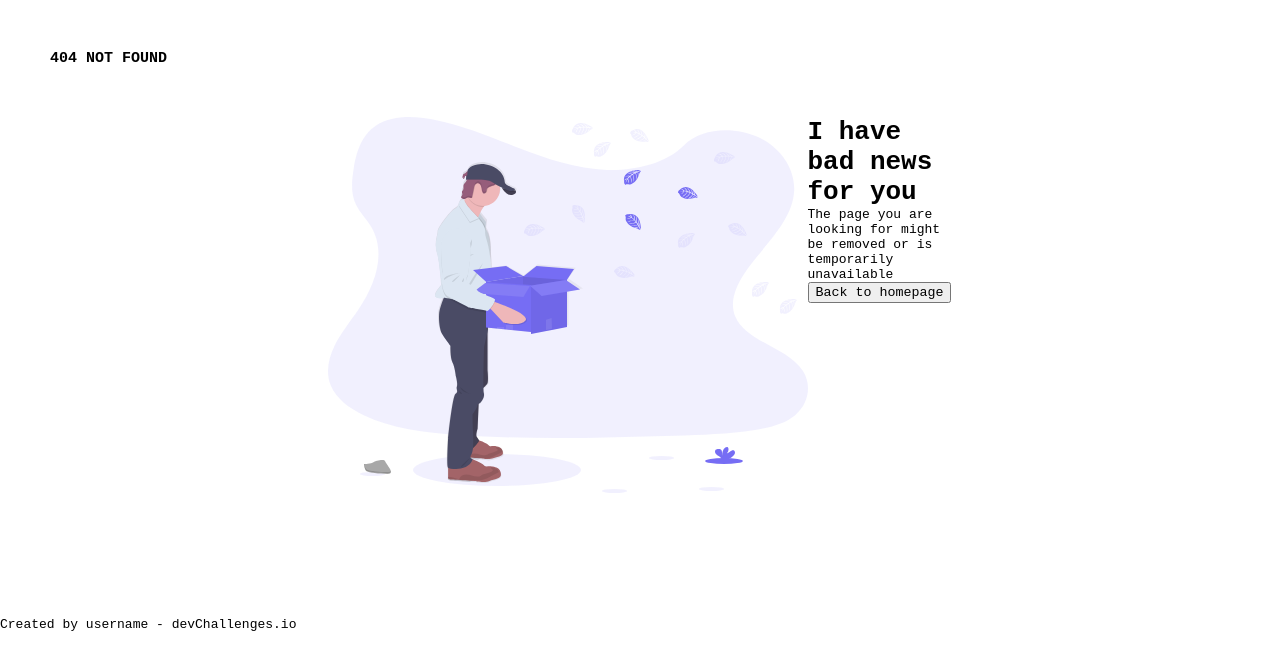
Repository: georgisenze/404-not-found-challeng
Page: index.html
The author's editor kept a copy of each file at every save. The page is drawn from the files as they stood at one save, then again after the next save.
The browser window is 1280 px wide. The pictures show the whole page.

Above is the page before, as saved 2023-02-21 06:39:26.

### index.html
<!DOCTYPE html>
<html lang="en">
<head>
    <meta charset="UTF-8">
    <meta http-equiv="X-UA-Compatible" content="IE=edge">
    <meta name="viewport" content="width=device-width, initial-scale=1.0">
    <title>404 page not found</title>
    <link rel="stylesheet" href="assets/css/style.css">
    <link
      href="https://fonts.googleapis.com/css2?family=Poppins:wght@400;500&display=swap"
      rel="stylesheet"
    />
</head>
<body>
    <div class="main">
        <header>
            <p>404 not found</p>
        </header>

        <div class="container">
            <div class="row">
                <div class="left">
                    <img src="assets/img/404-illustration.svg" alt="">
                </div>
                <div class="rigth">
                    <div class="col-2">
                        <h1>I have bad news for  you</h1>
                    </div>
                    <div class="col-2">
                        <p>The page you are looking for might be removed or is temporarily unavailable</p>
                    </div>
                    <div class="col-2">
                        <button>Back to homepage</button>
                    </div>
                </div>
            </div>
        </div>


        <footer>
            <p>Created by <span>username</span> - devChallenges.io </p>
        </footer>
    </div>
</body>
</html>

### assets/css/style.css
*{
    margin: 0;
    font-family: monospace;
}

.main {
    min-width: 100%;
    height: 100%;
}

header p {
    text-transform: uppercase;
    font-weight: bold;
    font-size: 15px;
    padding: 50px;
}

.container{
    display: flex;
    justify-content: center;
}

.row{
    display: flex;
    justify-content: space-around;
    height: 500px;
}

.left {
    margin-left: 5px;
}

.rigth{
    width: 150px;
}

After the next save:
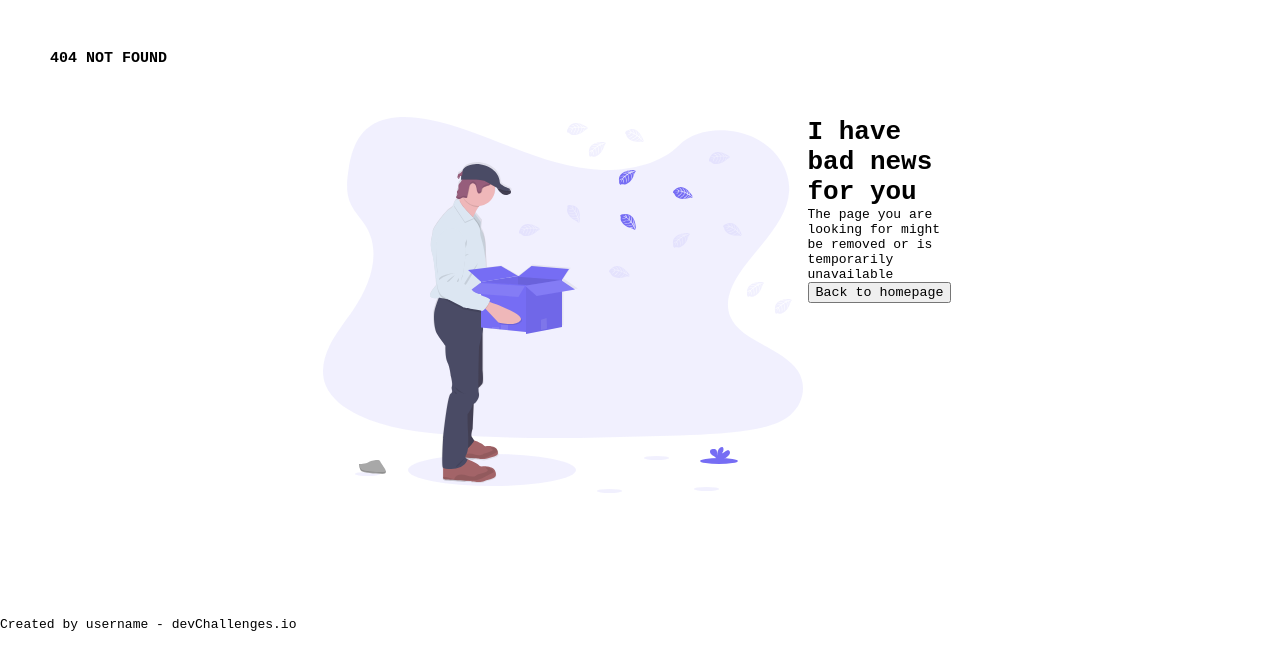
Saved 11 s later.
--- a/assets/css/style.css
+++ b/assets/css/style.css
@@ -27,7 +27,7 @@ header p {
 }
 
 .left {
-    margin-left: 5px;
+    margin-right: 5px;
 }
 
 .rigth{
